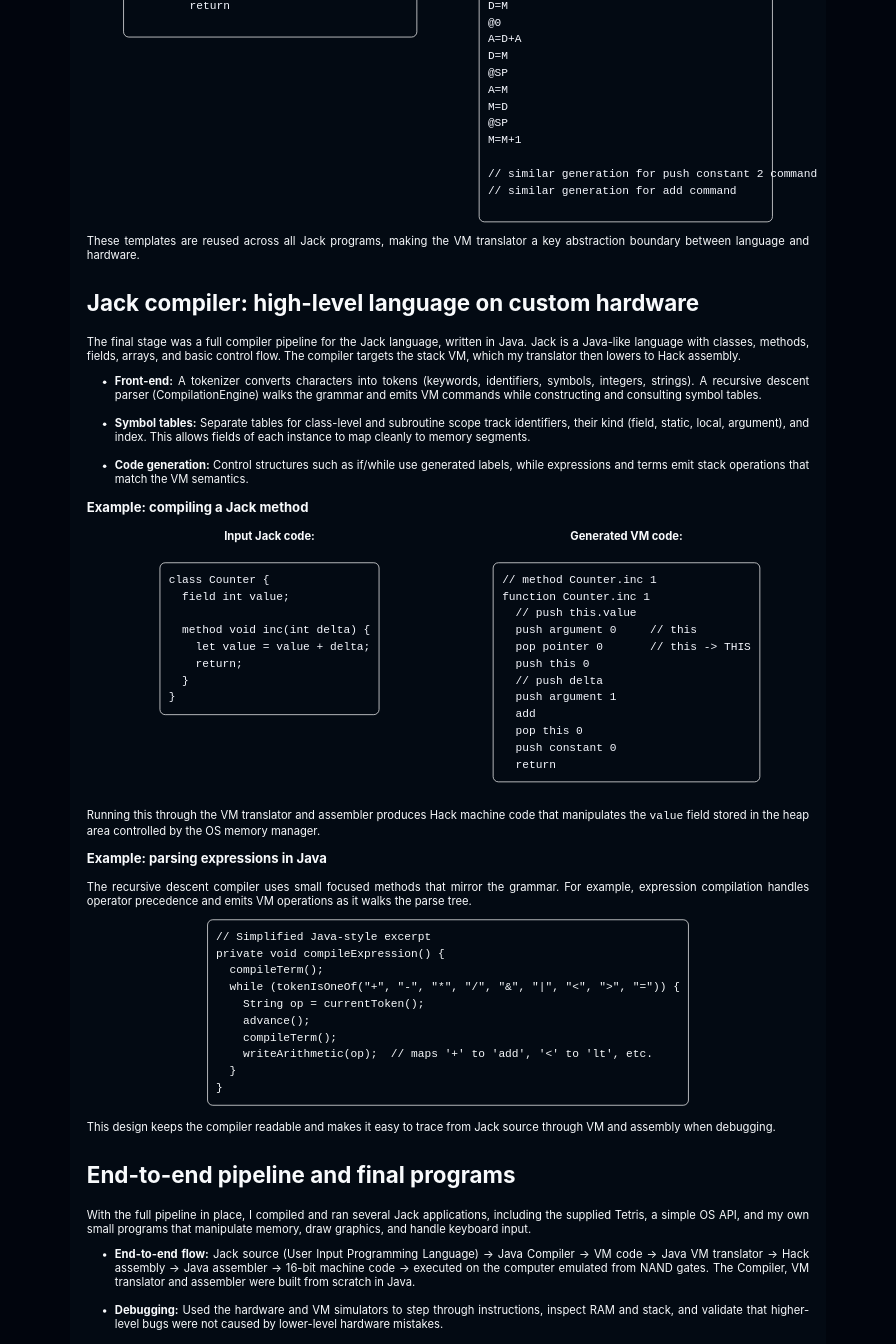
Repository: Abdulaziz-04/Abdulaziz-04.github.io
Page: deepdives/backend_systems/nand2tetris/nand2tetris.html
The author's editor kept a copy of each file at every save. The page is drawn from the files as they stood at one save, then again after the next save.
The browser window is 1280 px wide. The pictures show the part of the page from y = 3778 to 5698 px (the page is 6101 px tall), at 70% of full size.

Above is the page before, as saved 2025-11-20 21:35:41.

### deepdives/backend_systems/nand2tetris/nand2tetris.html
<!DOCTYPE html>
<html lang="en">
  <head>
    <meta charset="UTF-8" />
    <meta name="viewport" content="width=device-width, initial-scale=1" />
    <title>
      From Nand to Tetris: Building a Computer and Compiler from Scratch
    </title>
    <link rel="stylesheet" href="../../../assets/css/styles.css" />
    <style>
      .project-detail-page pre,
      .project-detail-page code {
        font-size: 1rem;
        line-height: 1.5;
      }

      .project-detail-page pre {
        display: flex;
        justify-content: center;
        margin: 1.25rem auto;
      }

      .project-detail-page pre code {
        display: inline-block;
        text-align: left;
      }

      .code-pair {
        display: grid;
        grid-template-columns: repeat(2, minmax(0, 1fr));
        gap: 1.25rem;
        align-items: start;
        justify-items: center;
        max-width: 1000px;
        margin: 0 auto;
      }

      .code-pair > div {
        display: flex;
        flex-direction: column;
        gap: 0.5rem;
        align-items: center;
      }

      .code-pair p {
        margin: 0;
        text-align: center;
        width: 100%;
      }

      .code-bordered {
        border: 1px solid #ffffff;
        border-radius: 8px;
        padding: 0.75rem;
        display: block;
        width: fit-content;
        max-width: 100%;
        margin: 0.75rem auto;
      }

      .project-detail-page pre.code-bordered {
        margin: 0 auto 1.25rem;
        justify-content: flex-start;
      }

      .code-card {
        color: #f6f8ff;
        border: 1px solid #ffffff;
        border-radius: 8px;
        padding: 0.75rem;
        background: transparent;
        box-shadow: none;
        display: flex;
        flex-direction: column;
        gap: 0.5rem;
        width: 100%;
        max-width: 420px;
      }

      .code-card__title {
        margin: 0;
        font-weight: 700;
        text-align: left;
      }

      .code-card code {
        display: block;
        white-space: pre;
        width: 100%;
      }

      .code-card.vm-block,
      .code-card.asm-block {
        border-color: #ffffff;
      }

      .code-grid {
        display: grid;
        grid-template-columns: repeat(2, minmax(0, 1fr));
        gap: 1rem;
        align-items: start;
        justify-items: center;
        max-width: 1000px;
        margin: 0 auto;
      }

      .asm-columns {
        display: grid;
        grid-template-columns: repeat(auto-fit, minmax(220px, 1fr));
        gap: 0.75rem;
        align-items: start;
      }

      .asm-columns pre {
        margin: 0;
        padding: 0;
        border: none;
        background: transparent;
      }

      .asm-columns pre code {
        display: block;
        white-space: pre;
        width: 100%;
      }
    </style>
  </head>

  <body class="project-detail-page">
    <header class="detail-hero">
      <a
        class="category-back"
        href="../../../projects/compiler-blockchain.html"
      >
        &larr; Back to Projects
      </a>

      <p
        class="category-pill"
        onclick="window.location.href='../../../projects/compiler-blockchain.html'"
      >
        Backend &amp; Distributed Logic
      </p>
      <br />
      <h1>
        From Nand to Tetris: Building a Computer and Compiler from Scratch
      </h1>

      <p class="detail-summary">
        <b>
          Two–part systems project where I built a full 16-bit computer,
          assembler, virtual machine, and compiler from primitive NAND gates.
          The stack ends in a high-level programming language called Jack that
          runs on the hardware I designed using an emulator.
        </b>
      </p>

      <p class="detail-summary">
        I completed all projects for both Coursera courses
        <i>“Build a Modern Computer from First Principles: Part 1 and Part 2”</i
        >, submitted every assignment, scored <b>98%</b> overall, and earned
        both certifications.
      </p>

      <ul class="detail-meta">
        <li>
          <strong>Tech Stack:</strong>
          Hardware Description Language (HDL), Hack assembly, Jack language,
          Java (assembler, VM translator, compiler), shell tooling, hardware and
          VM emulators
        </li>
      </ul>
    </header>

    <main class="section detail-content">
      <!-- HERO IMAGE -->
      <section class="detail-section detail-hero-gif">
        <figure class="gallery-item gallery-item--wide">
          <img
            src="./images/nand2tetris_intro.png"
            alt="Hardware and software hierarchy from NAND gate up to high level language"
            style="display: block; margin: 0 auto; max-width: 90%; height: auto"
          />
          <figcaption style="text-align: center">
            The full stack I implemented: from a single NAND gate to logic
            chips, CPU, assembler, VM, and Jack compiler running user programs.
          </figcaption>
        </figure>
      </section>

      <!-- QUICK INSIGHTS -->
      <section class="detail-section">
        <h2>Quick insights</h2>
        <ul class="psr-list">
          <li>
            <strong>Goal:</strong>
            Design a full computer system from the logic-gate level and build a
            usable high-level programming language called Jack with it's own
            compiler and toolchain that runs games and apps on that hardware.
          </li>
          <br />
          <li>
            <strong>Scope:</strong>
            Implemented over <b>30+</b> hardware chips in HDL, a
            <b>16-bit Hack CPU and memory system</b>, a two-stage software stack
            (assembler and VM translator), and a multi-pass Jack compiler.
          </li>
          <br />
          <li>
            <strong>Outcome:</strong>
            The final system runs full Jack programs such as Tetris and a simple
            operating system (arrays, math library, memory manager), compiled by
            my Java tools from Jack to machine language that executes on the
            hardware I built (via emulation).
          </li>
        </ul>
      </section>

      <!-- HARDWARE PLATFORM -->
      <section class="detail-section">
        <h2>Hardware platform: from NAND to a 16-bit computer</h2>
        <p>
          Part 1 focused on creating the hardware stack using the course HDL.
          Starting from a single NAND primitive, I implemented combinational and
          sequential chips and composed them into a usable computer.
        </p>

        <ul>
          <li>
            <b>Core logic:</b> Built gates such as NOT, AND, OR, MUX, and
            adders, then composed them into an <b>ALU</b> (Arithmetic Logic
            Unit) supporting arithmetic, bitwise operations, and zero/negative
            flags.
          </li>
          <br />
          <li>
            <b>Stateful components:</b> Implemented Register, RAM8/64/4K/16K,
            counters, and a screen-mapped memory unit using flip-flops and
            clocked logic.
          </li>
          <br />
          <li>
            <b>CPU and computer:</b> Wired the ALU (Arithmetic Logic Unit),
            registers, and instruction decoder into a Hack CPU supporting
            A-instruction and C-instruction i.e. Address and Compute
            instructions plus conditional jumps, then added ROM and memory to
            form the complete computer chip.
          </li>
        </ul>

        <h3>Example: ALU snippet and behavior</h3>
        <p>
          The ALU combines configurable input negation, zeroing, and function
          selection. Here is a simplified HDL excerpt (names adjusted for
          brevity):
        </p>

        <pre class="code-bordered"><code>// Simplified ALU style HDL
CHIP ALU {
  IN  x[16], y[16],
      zx, nx, zy, ny, f, no;
  OUT out[16], zr, ng;

  PARTS:
  Mux16(a=x, b=false, sel=zx, out=xz);
  Not16(in=xz, out=xn);
  Mux16(a=xz, b=xn, sel=nx, out=x1);

  Mux16(a=y, b=false, sel=zy, out=yz);
  Not16(in=yz, out=yn);
  Mux16(a=yz, b=yn, sel=ny, out=y1);

  Add16(a=x1, b=y1, out=sum);
  And16(a=x1, b=y1, out=andv);
  Mux16(a=andv, b=sum, sel=f, out=out0);

  Not16(in=out0, out=out1);
  Mux16(a=out0, b=out1, sel=no, out=out);

  Or16Way(in=out, out=any);
  Not(in=any, out=zr);
  And(in=out[15], in2=true, out=ng);
}</code></pre>

        <p>
          With these control bits, higher-level instructions like D=D+M or M=!M
          are implemented simply by choosing the correct input parameter
          combination.
        </p>
      </section>

      <!-- ASSEMBLER -->
      <section class="detail-section">
        <h2>Assembler: Hack assembly to machine code</h2>
        <p>
          Once the computer chip worked in simulation, I wrote a two-pass
          assembler in Java for the Hack assembly language. It resolves labels
          and variables, then emits 16-bit binary instructions.
        </p>

        <ul>
          <li>
            <b>Two-pass design:</b> First pass scans labels (for example,
            <code>(LOOP)</code>) and records their ROM addresses. Second pass
            encodes A and C instructions into their binary form.
          </li>
          <br />
          <li>
            <b>Symbol table:</b> Pre-populated with predefined registers
            (R0–R15), pointers (SP, LCL, ARG), screen and keyboard addresses,
            then extended with user variables starting at address 16.
          </li>
        </ul>

        <h3>Assembler encoding example</h3>

        <div class="code-pair">
          <div>
            <p><b>Input assembly:</b></p>
            <pre class="code-card vm-block"><code>// Simple loop
@i
M=1
(LOOP)
  @i
  M=M+1
  @10
  D;JLT
  @LOOP
  0;JMP</code></pre>
          </div>

          <div>
            <p><b>Generated machine code:</b></p>
            <pre
              class="code-card asm-block"
            ><code>0000000000010000   // @i (allocated at 16)
1110111111001000   // M=1
0000000000010000   // @i
1111110111011000   // M=M+1
0000000000001010   // @10
1110001100000100   // D;JLT
0000000000000010   // @LOOP (ROM address 2)
1110101010000111   // 0;JMP</code></pre>
          </div>
        </div>

        <p>
          Running this binary on the hardware simulator shows the register and
          RAM state changing as expected, proving the assembler and CPU agree on
          the instruction set.
        </p>
      </section>

      <!-- VM TRANSLATOR -->
      <section class="detail-section">
        <h2>VM translator: stack machine to Hack assembly</h2>
        <p>
          Part 2 starts the software hierarchy. I implemented a VM translator in
          Java that converts a high-level stack-based VM language into Hack
          assembly. This layer decouples Jack from the hardware and introduces
          function calls and static segments.
        </p>

        <ul>
          <li>
            <b>Arithmetic and logic:</b> Commands such as <code>add</code>,
            <code>sub</code>, <code>eq</code>, <code>lt</code>, and
            <code>gt</code> pop values from the stack, compute, and push results
            using small assembly templates.
          </li>
          <br />
          <li>
            <b>Memory segments:</b> Implemented pointer logic for
            <code>local</code>, <code>argument</code>, <code>this</code>,
            <code>that</code>, <code>temp</code>, <code>pointer</code>, and
            <code>static</code> segments.
          </li>
          <br />
          <li>
            <b>Functions and calls:</b> Implemented call frames following the
            Hack VM spec: save caller state, set ARG and LCL, jump to callee,
            and restore on return.
          </li>
        </ul>

        <h3>VM to assembly example</h3>

        <div class="code-grid">
          <div class="code-card vm-block">
            <p class="code-card__title">Input VM snippet:</p>
            <pre><code>function Simple.addTwo 0
push argument 0
push constant 2
add
return</code></pre>
          </div>

          <div class="code-card asm-block" style="grid-column: span 1">
            <p class="code-card__title">Generated Hack assembly (excerpt):</p>
            <pre><code>// function Simple.addTwo 0
(Simple.addTwo)
// full generation for "push argument 0"
@ARG
D=M
@0
A=D+A
D=M
@SP
A=M
M=D
@SP
M=M+1

// similar generation for push constant 2 command
// similar generation for add command
</code></pre>
          </div>
        </div>

        <p>
          These templates are reused across all Jack programs, making the VM
          translator a key abstraction boundary between language and hardware.
        </p>
      </section>

      <!-- JACK COMPILER -->
      <section class="detail-section">
        <h2>Jack compiler: high-level language on custom hardware</h2>
        <p>
          The final stage was a full compiler pipeline for the Jack language,
          written in Java. Jack is a Java-like language with classes, methods,
          fields, arrays, and basic control flow. The compiler targets the stack
          VM, which my translator then lowers to Hack assembly.
        </p>

        <ul>
          <li>
            <b>Front-end:</b> A tokenizer converts characters into tokens
            (keywords, identifiers, symbols, integers, strings). A recursive
            descent parser (CompilationEngine) walks the grammar and emits VM
            commands while constructing and consulting symbol tables.
          </li>
          <br />
          <li>
            <b>Symbol tables:</b> Separate tables for class-level and subroutine
            scope track identifiers, their kind (field, static, local,
            argument), and index. This allows fields of each instance to map
            cleanly to memory segments.
          </li>
          <br />
          <li>
            <b>Code generation:</b> Control structures such as if/while use
            generated labels, while expressions and terms emit stack operations
            that match the VM semantics.
          </li>
        </ul>

        <h3>Example: compiling a Jack method</h3>

        <div class="code-pair">
          <div>
            <p><b>Input Jack code:</b></p>
            <pre class="code-card vm-block"><code>class Counter {
  field int value;

  method void inc(int delta) {
    let value = value + delta;
    return;
  }
}</code></pre>
          </div>
          <div>
            <p><b>Generated VM code:</b></p>
            <pre class="code-card asm-block"><code>// method Counter.inc 1
function Counter.inc 1
  // push this.value
  push argument 0     // this
  pop pointer 0       // this -> THIS
  push this 0
  // push delta
  push argument 1
  add
  pop this 0
  push constant 0
  return</code></pre>
          </div>
        </div>

        <p>
          Running this through the VM translator and assembler produces Hack
          machine code that manipulates the <code>value</code> field stored in
          the heap area controlled by the OS memory manager.
        </p>

        <h3>Example: parsing expressions in Java</h3>
        <p>
          The recursive descent compiler uses small focused methods that mirror
          the grammar. For example, expression compilation handles operator
          precedence and emits VM operations as it walks the parse tree.
        </p>

        <pre class="code-bordered"><code>// Simplified Java-style excerpt
private void compileExpression() {
  compileTerm();
  while (tokenIsOneOf("+", "-", "*", "/", "&amp;", "|", "&lt;", "&gt;", "=")) {
    String op = currentToken();
    advance();
    compileTerm();
    writeArithmetic(op);  // maps '+' to 'add', '&lt;' to 'lt', etc.
  }
}</code></pre>

        <p>
          This design keeps the compiler readable and makes it easy to trace
          from Jack source through VM and assembly when debugging.
        </p>
      </section>

      <!-- END-TO-END PIPELINE -->
      <section class="detail-section">
        <h2>End-to-end pipeline and final programs</h2>
        <p>
          With the full pipeline in place, I compiled and ran several Jack
          applications, including the supplied Tetris, a simple OS API, and my
          own small programs that manipulate memory, draw graphics, and handle
          keyboard input.
        </p>

        <ul>
          <li>
            <b>End-to-end flow:</b> Jack source (User Input Programming
            Language) → Java Compiler → VM code → Java VM translator → Hack
            assembly → Java assembler → 16-bit machine code → executed on the
            computer emulated from NAND gates. The Compiler, VM translator and
            assembler were built from scratch in Java.
          </li>
          <br />
          <li>
            <b>Debugging:</b> Used the hardware and VM simulators to step
            through instructions, inspect RAM and stack, and validate that
            higher-level bugs were not caused by lower-level hardware mistakes.
          </li>
        </ul>
      </section>

      <!-- IMPACT & LEARNINGS -->
      <section class="detail-section detail-impact">
        <h2>Impact and learnings</h2>
        <ul>
          <li>
            <b>Systems thinking:</b> Gained a concrete understanding of how
            compilers, virtual machines, and hardware interact, instead of
            treating them as black boxes.
          </li>
          <br />
          <li>
            <b>Compiler and language design:</b> Implemented a real compiler
            front-end and back-end, including lexical analysis, parsing, symbol
            tables, and code generation for a custom language.
          </li>
          <br />
          <li>
            <b>Hardware intuition:</b> Designing the ALU, CPU, and memory from
            primitive gates sharpened my intuition for performance, instruction
            set design, and the cost of different operations.
          </li>
          <br />
          <li>
            <b>Reliability through abstraction:</b> Each layer (HDL chips,
            assembler, VM, compiler) had a clear contract and test suite, which
            made debugging manageable despite how much was built from scratch.
          </li>
        </ul>
      </section>
    </main>
  </body>
</html>

Loaded but not shown: assets/css/styles.css (941 lines, source omitted)

After the next save:
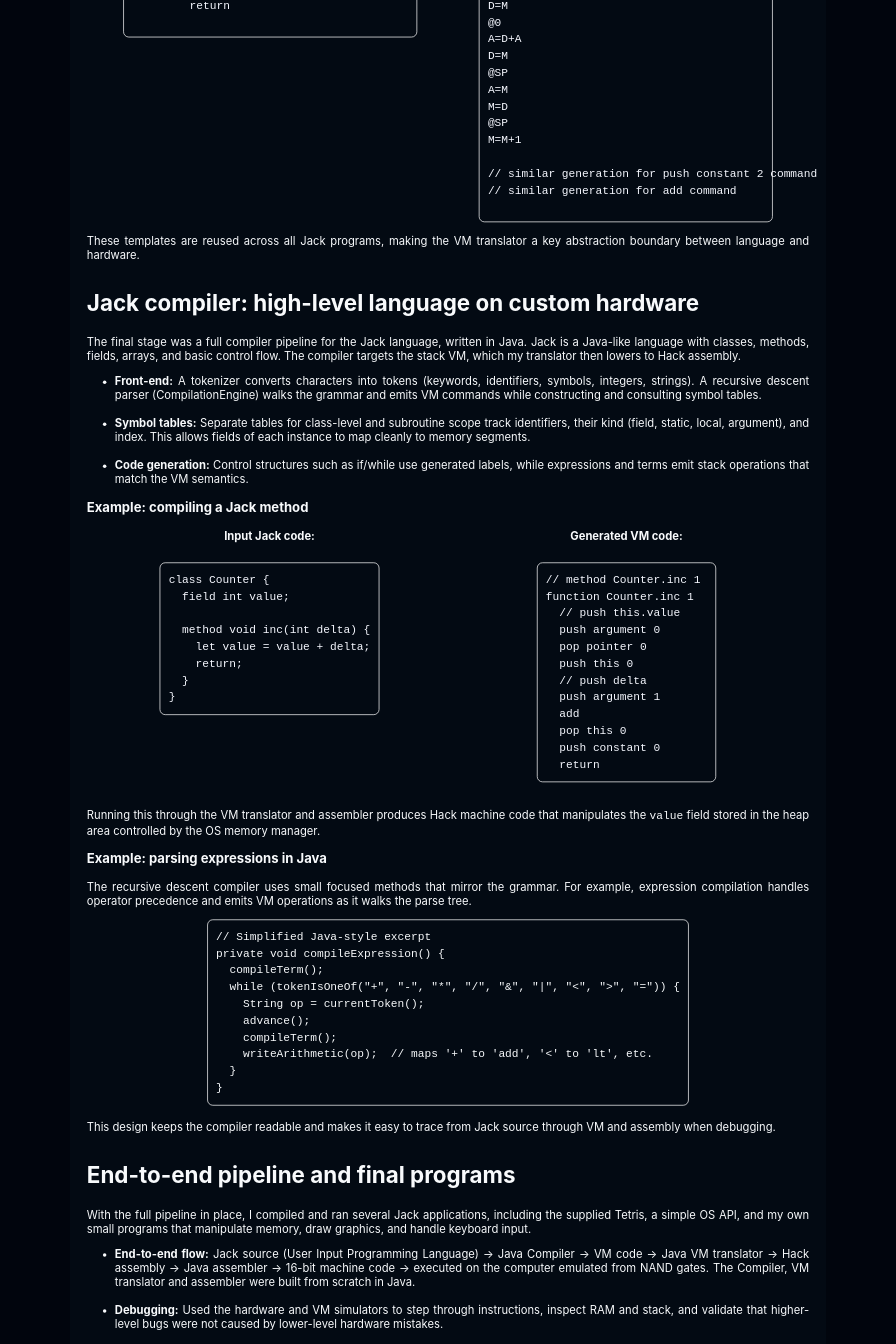
Saved 4 min 18 s later.
--- a/deepdives/backend_systems/nand2tetris/nand2tetris.html
+++ b/deepdives/backend_systems/nand2tetris/nand2tetris.html
@@ -474,8 +474,8 @@ M=M+1
             <pre class="code-card asm-block"><code>// method Counter.inc 1
 function Counter.inc 1
   // push this.value
-  push argument 0     // this
-  pop pointer 0       // this -> THIS
+  push argument 0
+  pop pointer 0
   push this 0
   // push delta
   push argument 1
